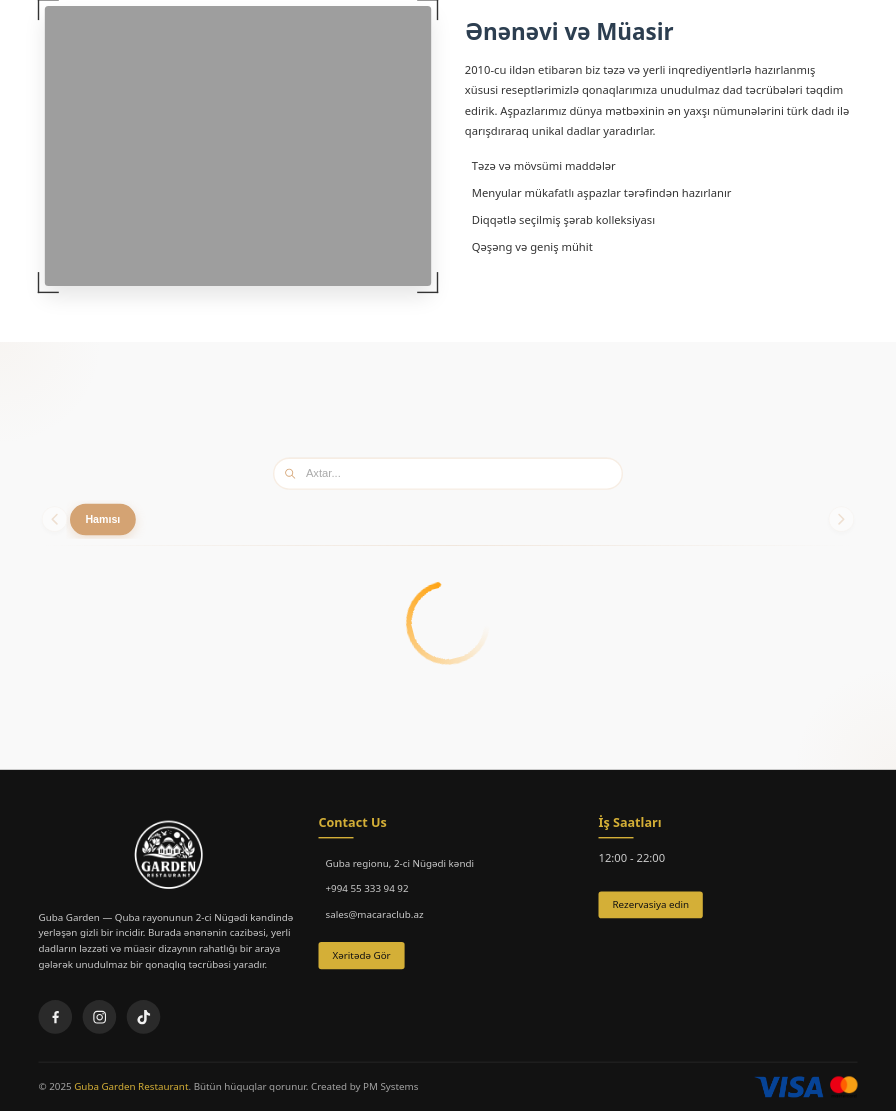
Repository: ferhadsultan98/menu-macara
Page: /
An editor plug-in stored every save of this project. The page is shown before and after a run of saves, followed by the edit.
The browser window is 1280 px wide. The pictures show the part of the page from y = 954 to 2874 px (the page is 2542 px tall before and 2874 px after), at 70% of full size.
Pictures or frames that could not be fetched are drawn as grey boxes. The page's requests for data from a server got no answer. The project was rebuilt for these pictures with package versions that can differ from the ones it lists, and the page was loaded fresh each time. No one was signed in, and anything a server would have sent is missing. Also part of the build but not shown: vite.config.js.

Above is the page before, as saved 2025-04-18 11:12:53.

### index.html
<!doctype html>
<html lang="en">
  <head>
    <meta charset="UTF-8" />
    <link rel="shortcut icon" href="/src/assets/logo.png" type="image/x-icon">
    <meta name="viewport" content="width=device-width, initial-scale=1.0" />
    <title>Guba Garden - Menu</title>
  </head>
  <body>
    <div id="root"></div>
    <script type="module" src="/src/main.jsx"></script>
  </body>
</html>

### src/App.jsx
import React from "react";
import { I18nextProvider } from "react-i18next";
import i18n from "./Languages/i18n";
import "./App.scss";
import MainLayout from "./Components/Common/MainLayout";
import Home from "./Pages/Home/Home";
import MenuSection from "./Pages/MenuSection/MenuSection";

function App() {

  return (
    <I18nextProvider i18n={i18n}>
      <div className="app-container">
        <MainLayout>
        <Home  />
          <MenuSection  />
        </MainLayout>
      </div>
    </I18nextProvider>
  );
}

export default App;

### src/App.scss
* {
  margin: 0;
  padding: 0;
  box-sizing: border-box;
}

body {
  font-family: system-ui, -apple-system, BlinkMacSystemFont, "Segoe UI", Roboto,
    Oxygen, Ubuntu, Cantarell, "Open Sans", "Helvetica Neue", sans-serif;
}

### src/Components/Common/MainLayout.jsx
import React from 'react';
import Header from './Header/Header';
import Footer from './Footer/Footer';

const MainLayout = ({ children }) => {
  return (
    <>
      <Header />
      {children}
      <Footer />
    </>
  );
};

export default MainLayout;

### src/Pages/MenuSection/MenuSection.scss
// Mixins
@mixin flexCenter {
  display: flex;
  justify-content: center;
  align-items: center;
}

@mixin flexBetween {
  display: flex;
  justify-content: space-between;
  align-items: center;
}

@mixin hoverLift {
  transition: all 0.3s cubic-bezier(0.25, 0.8, 0.25, 1);
  &:hover {
    transform: translateY(-8px);
    box-shadow: 0 15px 35px rgba(0, 0, 0, 0.1);
  }
}

// Media query mixins
@mixin mobile {
  @media (max-width: 576px) {
    @content;
  }
}

@mixin tablet {
  @media (max-width: 768px) {
    @content;
  }
}

@mixin laptop {
  @media (max-width: 992px) {
    @content;
  }
}

@mixin desktop {
  @media (max-width: 1200px) {
    @content;
  }
}

// Animations
@keyframes fadeIn {
  from {
    opacity: 0;
    transform: translateY(20px);
  }
  to {
    opacity: 1;
    transform: translateY(0);
  }
}

@keyframes pulse {
  0% {
    transform: scale(1);
  }
  50% {
    transform: scale(1.05);
  }
  100% {
    transform: scale(1);
  }
}

@keyframes slideDown {
  from {
    transform: translateY(-100%);
  }
  to {
    transform: translateY(0);
  }
}

@keyframes searchPulse {
  0% {
    box-shadow: 0 0 0 0 rgba(212, 163, 115, 0.4);
  }
  70% {
    box-shadow: 0 0 0 8px rgba(212, 163, 115, 0);
  }
  100% {
    box-shadow: 0 0 0 0 rgba(212, 163, 115, 0);
  }
}

// Reset and Base Styles
.menuSection {
  padding: 150px 0;
  background-color: #f9f9f9;
  position: relative;
  overflow: hidden;

  @include laptop {
    padding: 80px 0;
  }

  @include tablet {
    padding: 70px 0;
  }

  @include mobile {
    padding: 50px 0;
  }

  &::before,
  &::after {
    content: "";
    position: absolute;
    width: 300px;
    height: 300px;
    border-radius: 50%;
    background: radial-gradient(
      circle,
      rgba(212, 163, 115, 0.05) 0%,
      rgba(212, 163, 115, 0) 70%
    );
    z-index: 0;
  }

  &::before {
    top: -150px;
    left: -150px;
  }

  &::after {
    bottom: -150px;
    right: -150px;
  }

  .container {
    max-width: 1200px;
    margin: 0 auto;
    padding: 0 20px;
    position: relative;
    z-index: 1;

    @include mobile {
      padding: 0 15px;
    }
  }

  &.hasSearchResults {
    .menuGrid {
      animation: fadeIn 0.5s ease forwards;
    }
  }
}

// Sticky Navbar
.menuNavbarWrapper {
  width: 100%;
  z-index: 2;
  transition: all 0.3s ease;
  position: relative;
  margin-bottom: 50px;

  @include tablet {
    margin-bottom: 30px;
  }

  @include mobile {
    margin-bottom: 25px;
  }

  &.sticky {
    position: fixed;
    top: 100px;
    left: 0;
    right: 0;
    background-color: rgba(255, 255, 255, 0.98);
    z-index: 2;
    animation: slideDown 0.3s ease forwards;
    padding: 10px 0;

    .menuNavbarContent {
      padding: 10px 0;
    }

    .menuSearch {
      margin-bottom: 15px;

      .searchInputWrapper {
        max-width: 800px;

        @include mobile {
          max-width: 100%;
        }
      }

      .searchInput {
        padding: 10px 40px 10px 40px;
      }
    }
  }

  .menuNavbarContent {
    padding: 15px 0;
    display: flex;
    flex-direction: column;

    @include tablet {
      padding: 10px 0;
    }
  }
}

// Adjust menu content when navbar is sticky
.sticky + .menuContent {
  padding-top: 160px;

  @include tablet {
    padding-top: 130px;
  }

  @include mobile {
    padding-top: 110px;
  }
}

// Search component
.menuSearch {
  margin-bottom: 20px;

  @include mobile {
    margin-bottom: 15px;
  }

  .searchInputWrapper {
    position: relative;
    width: 100%;
    max-width: 500px;
    margin: 0 auto;
    transition: all 0.3s ease;

    @include mobile {
      max-width: 100%;
    }
  }

  .searchIcon {
    position: absolute;
    left: 15px;
    top: 50%;
    transform: translateY(-50%);
    font-size: 1.2rem;
    color: #d4a373;
    z-index: 2;

    @include mobile {
      font-size: 1rem;
      left: 12px;
    }
  }

  .searchInput {
    width: 100%;
    padding: 12px 40px 12px 45px;
    border-radius: 30px;
    border: 2px solid rgba(212, 163, 115, 0.2);
    font-size: 1rem;
    background-color: white;
    transition: all 0.3s ease;
    appearance: none;

    @include mobile {
      padding: 10px 35px 10px 38px;
      font-size: 0.95rem;
    }

    &:focus {
      outline: none;
      border-color: #d4a373;
      box-shadow: 0 0 0 3px rgba(212, 163, 115, 0.2);
    }

    &::placeholder {
      color: #aaa;
      transition: opacity 0.2s ease;
    }

    &:focus::placeholder {
      opacity: 0.7;
    }
  }

  .clearSearchButton {
    position: absolute;
    right: 15px;
    top: 50%;
    transform: translateY(-50%);
    background: none;
    border: none;
    font-size: 1.5rem;
    color: #aaa;
    cursor: pointer;
    padding: 0;
    width: 20px;
    height: 20px;
    display: flex;
    align-items: center;
    justify-content: center;
    transition: color 0.2s ease;
    z-index: 2;

    @include mobile {
      right: 12px;
      font-size: 1.3rem;
    }

    &:hover {
      color: #d4a373;
      transform: translateY(-50%) scale(1.1);
    }

    &:active {
      transform: translateY(-50%) scale(0.95);
    }
  }

  &.searchActive {
    .searchInput {
      animation: searchPulse 1.5s ease-out;
      border-color: rgba(212, 163, 115, 0.5);
    }
  }
}

// Menu Filter - Enhanced with Overflow Support
.menuFilter {
  position: relative;

  &::before {
    content: "";
    position: absolute;
    left: 0;
    right: 0;
    bottom: -15px;
    height: 1px;
    background: linear-gradient(
      to right,
      rgba(212, 163, 115, 0),
      rgba(212, 163, 115, 0.3),
      rgba(212, 163, 115, 0)
    );
  }

  .menuFilterContainer {
    position: relative;
    padding: 0 40px; // Space for scroll indicators

    @include tablet {
      padding: 0 30px;
    }

    @include mobile {
      padding: 0 25px;
    }

    // Scroll indicators/buttons
    .scrollButton {
      position: absolute;
      top: 50%;
      transform: translateY(-50%);
      width: 36px;
      height: 36px;
      border-radius: 50%;
      background: white;
      border: 1px solid rgba(212, 163, 115, 0.2);
      color: #d4a373;
      display: flex;
      justify-content: center;
      align-items: center;
      cursor: pointer;
      box-shadow: 0 3px 8px rgba(0, 0, 0, 0.08);
      z-index: 5;
      transition: all 0.3s cubic-bezier(0.25, 0.8, 0.25, 1);

      @include tablet {
        width: 30px;
        height: 30px;
      }

      @include mobile {
        width: 28px;
        height: 28px;
      }

      &:hover {
        background: rgba(212, 163, 115, 0.1);
      }

      &.scrollButtonPrev {
        left: 0;
      }

      &.scrollButtonNext {
        right: 0;
      }

      &.scrollButtonDisabled {
        opacity: 0.3;
        cursor: not-allowed;

        &:hover {
          background: white;
        }
      }

    }
  }

  .menuFilterList {
    display: flex;
    list-style: none;
    padding: 0;
    margin: 0;
    overflow-x: auto;
    -webkit-overflow-scrolling: touch; // Smooth scrolling on iOS
    scrollbar-width: none; // Firefox
    -ms-overflow-style: none; // IE/Edge
    scroll-behavior: smooth;

    // Hide scrollbar
    &::-webkit-scrollbar {
      display: none;
    }

    // Add padding to allow focus ring visibility
    padding: 5px;
    margin: -5px;
  }

  .menuFilterItem {
    flex: 0 0 auto;
    margin: 0 5px;

    &:first-child {
      margin-left: 0;
    }

    &:last-child {
      margin-right: 0;
    }
  }

  .menuFilterButton {
    background: transparent;
    border: 2px solid transparent;
    font-size: 0.95rem;
    font-weight: 500;
    color: #4a4a4a;
    padding: 12px 20px;
    cursor: pointer;
    transition: all 0.3s cubic-bezier(0.25, 0.8, 0.25, 1);
    text-transform: capitalize;
    border-radius: 30px;
    position: relative;
    overflow: hidden;
    white-space: nowrap;
    box-shadow: 0 3px 10px rgba(0, 0, 0, 0.05);

    @include tablet {
      padding: 10px 16px;
      font-size: 0.9rem;
    }

    @include mobile {
      padding: 8px 14px;
      font-size: 0.85rem;
    }

    // Icon styles
    .menuIcon {
      display: inline-block;
      margin-right: 8px;
      font-size: 0.9rem;

      @include mobile {
        margin-right: 6px;
        font-size: 0.8rem;
      }
    }

    &:hover {
      background-color: rgba(212, 163, 115, 0.1);
      color: #d4a373;
      border-color: rgba(212, 163, 115, 0.2);
    }

    &.menuFilterButtonActive {
      background-color: #d4a373;
      color: white !important;
      font-weight: 600;
      box-shadow: 0 5px 15px rgba(212, 163, 115, 0.3);
      border-color: #d4a373;
    }

    &:focus-visible {
      outline: 2px solid #d4a373;
      outline-offset: 2px;
    }
  }

  .menuFilterChipsDesign {
    .menuFilterButton {
      padding: 8px 16px;
      font-size: 0.85rem;

      @include mobile {
        padding: 6px 12px;
        font-size: 0.8rem;
      }

      .menuIcon {
        margin-right: 6px;
        font-size: 0.8rem;

        @include mobile {
          margin-right: 4px;
          font-size: 0.75rem;
        }
      }
    }
  }
}

// No Results Found
.noResultsFound {
  text-align: center;
  padding: 60px 20px;
  background-color: rgba(255, 255, 255, 0.7);
  border-radius: 12px;
  box-shadow: 0 5px 20px rgba(0, 0, 0, 0.05);

  @include tablet {
    padding: 50px 15px;
  }

  @include mobile {
    padding: 40px 15px;
  }

  h3 {
    color: #d4a373;
    font-size: 1.8rem;
    margin-bottom: 15px;

    @include tablet {
      font-size: 1.6rem;
      margin-bottom: 12px;
    }

    @include mobile {
      font-size: 1.4rem;
      margin-bottom: 10px;
    }
  }

  p {
    color: #777;
    font-size: 1.1rem;
    margin-bottom: 25px;

    @include tablet {
      font-size: 1rem;
      margin-bottom: 20px;
    }

    @include mobile {
      font-size: 0.95rem;
      margin-bottom: 18px;
    }
  }

  .resetFilterButton {
    background-color: #d4a373;
    color: white;
    border: none;
    padding: 12px 25px;
    border-radius: 30px;
    font-size: 1rem;
    font-weight: 500;
    cursor: pointer;
    transition: all 0.3s ease;

    @include mobile {
      padding: 10px 20px;
      font-size: 0.95rem;
    }

    &:hover {
      background-color: darken(#d4a373, 10%);
      transform: translateY(-3px);
      box-shadow: 0 5px 15px rgba(212, 163, 115, 0.3);
    }

    &:focus-visible {
      outline: 2px solid darken(#d4a373, 15%);
      outline-offset: 2px;
    }
  }
}

// Menu Grid - Enhanced
.menuGrid {
  display: grid;
  grid-template-columns: repeat(auto-fill, minmax(350px, 1fr));
  gap: 35px;
  margin-bottom: 50px;

  @include laptop {
    grid-template-columns: repeat(auto-fill, minmax(300px, 1fr));
    gap: 30px;
  }

  @include tablet {
    grid-template-columns: repeat(auto-fill, minmax(280px, 1fr));
    gap: 25px;
  }

  @include mobile {
    grid-template-columns: 1fr;
    gap: 20px;
    margin-bottom: 30px;
  }
}

// Menu Items - Enhanced
.menuItem {
  animation: fadeIn 0.8s ease forwards;

  .menuItemCard {
    background: #ffffff;
    border-radius: 12px;
    overflow: hidden;
    box-shadow: 0 10px 30px rgba(0, 0, 0, 0.08);
    @include hoverLift;
    height: 100%;
    display: flex;
    flex-direction: column;
    position: relative;
  }

  .menuItemImage {
    width: 100%;
    height: 220px;
    overflow: hidden;
    position: relative;

    @include tablet {
      height: 180px;
    }

    @include mobile {
      height: 160px;
    }

    &::after {
      content: "";
      position: absolute;
      bottom: 0;
      left: 0;
      right: 0;
      height: 40%;
      z-index: 1;
    }

    img {
      width: 100%;
      height: 100%;
      object-fit: contain;
      display: block;
      transition: transform 0.7s ease;
      transform: scale(1.1);
    }
  }

  .menuItemCategoryBadge {
    position: absolute;
    top: 15px;
    right: 15px;
    background-color: rgba(212, 163, 115, 0.9);
    color: white;
    font-size: 0.8rem;
    padding: 6px 12px;
    border-radius: 20px;
    font-weight: 600;
    letter-spacing: 1px;
    text-transform: uppercase;
    z-index: 2;
    box-shadow: 0 3px 8px rgba(0, 0, 0, 0.15);

    @include mobile {
      top: 10px;
      right: 10px;
      font-size: 0.7rem;
      padding: 5px 10px;
    }
  }

  .menuItemContent {
    padding: 25px;
    display: flex;
    flex-direction: column;
    flex-grow: 1;
    justify-content: space-between;

    @include tablet {
      padding: 20px;
    }

    @include mobile {
      padding: 18px;
    }
  }

  .menuItemTitle {
    font-size: 1.5rem;
    color: #2e2e2e;
    margin-bottom: 12px;
    font-weight: 600;
    position: relative;

    @include tablet {
      font-size: 1.3rem;
      margin-bottom: 10px;
    }

    @include mobile {
      font-size: 1.2rem;
      margin-bottom: 8px;
    }

    &::after {
      content: "";
      position: absolute;
      bottom: -6px;
      left: 0;
      width: 40px;
      height: 2px;
      background-color: #d4a373;
      border-radius: 2px;

      @include mobile {
        width: 30px;
        bottom: -4px;
      }
    }
  }

  .menuItemDescription {
    font-size: 0.95rem;
    color: #777777;
    margin-bottom: 20px;
    line-height: 1.7;
    flex-grow: 1;

    @include tablet {
      font-size: 0.9rem;
      margin-bottom: 18px;
    }

    @include mobile {
      font-size: 0.85rem;
      margin-bottom: 15px;
      line-height: 1.6;
    }
  }

  .menuItemFooter {
    @include flexBetween;
    margin-top: auto;
  }

  .menuItemPrice {
    font-size: 1.3rem;
    color: #d4a373;
    font-weight: 700;

    @include tablet {
      font-size: 1.2rem;
    }

    @include mobile {
      font-size: 1.1rem;
    }
  }

  .menuItemOrderBtn {
    width: 40px;
    height: 40px;
    border-radius: 50%;
    background-color: #d4a373;
    color: white;
    border: none;
    cursor: pointer;
    @include flexCenter;
    transition: all 0.3s cubic-bezier(0.25, 0.8, 0.25, 1);
    box-shadow: 0 4px 10px rgba(212, 163, 115, 0.3);

    @include mobile {
      width: 36px;
      height: 36px;
    }

    i {
      font-size: 1rem;

      @include mobile {
        font-size: 0.9rem;
      }
    }

    &:hover {
      background-color: darken(#d4a373, 10%);
      transform: translateY(-3px);
      box-shadow: 0 6px 15px rgba(212, 163, 115, 0.4);
    }
  }
}

// Load More Button
.menuLoadMore {
  text-align: center;
  margin: 40px 0;

  @include mobile {
    margin: 30px 0;
  }

  .loadMoreButton {
    background-color: transparent;
    border: 2px solid #d4a373;
    color: #d4a373;
    padding: 14px 35px;
    font-size: 1rem;
    font-weight: 600;
    border-radius: 30px;
    cursor: pointer;
    transition: all 0.3s cubic-bezier(0.25, 0.8, 0.25, 1);

    @include tablet {
      padding: 12px 30px;
    }

    @include mobile {
      padding: 10px 25px;
      font-size: 0.95rem;
    }

    &:hover {
      background-color: #d4a373;
      color: white;
      box-shadow: 0 5px 15px rgba(212, 163, 115, 0.3);
    }

    &:focus-visible {
      outline: 2px solid #d4a373;
      outline-offset: 2px;
    }
  }
}

// Menu Action Section
.menuAction {
  text-align: center;
  margin-top: 60px;
  position: relative;

  @include tablet {
    margin-top: 50px;
  }

  @include mobile {
    margin-top: 40px;
  }

  &::before {
    content: "";
    position: absolute;
    top: -30px;
    left: 50%;
    transform: translateX(-50%);
    width: 100px;
    height: 1px;
    background: linear-gradient(
      to right,
      rgba(212, 163, 115, 0),
      rgba(212, 163, 115, 0.5),
      rgba(212, 163, 115, 0)
    );

    @include mobile {
      width: 80px;
      top: -25px;
    }
  }

  .primaryButton {
    display: inline-flex;
    align-items: center;
    justify-content: center;
    gap: 10px;
    padding: 16px 35px;
    background-color: #d4a373;
    color: white;
    text-decoration: none;
    border-radius: 50px;
    font-size: 1.1rem;
    font-weight: 600;
    transition: all 0.3s cubic-bezier(0.25, 0.8, 0.25, 1);
    letter-spacing: 0.5px;
    box-shadow: 0 8px 20px rgba(212, 163, 115, 0.3);

    @include tablet {
      padding: 14px 30px;
      font-size: 1rem;
    }

    @include mobile {
      padding: 12px 25px;
      font-size: 0.95rem;
      gap: 8px;
    }

    i {
      font-size: 1.2rem;
      transition: transform 0.3s ease;

      @include mobile {
        font-size: 1.1rem;
      }
    }

    &:hover {
      background-color: darken(#d4a373, 10%);
      transform: translateY(-5px);
      box-shadow: 0 12px 25px rgba(212, 163, 115, 0.4);

      i {
        transform: translateX(3px);
      }
    }

    &:active {
      transform: translateY(-2px);
      box-shadow: 0 8px 15px rgba(212, 163, 115, 0.3);
    }

    &:focus-visible {
      outline: 2px solid darken(#d4a373, 15%);
      outline-offset: 2px;
    }
  }
}

// Small screens adjustments
@media (max-width: 400px) {

  .menuSection {
    padding: 40px 0;
  }

  .menuNavbarWrapper {
    margin-bottom: 20px;
    &.sticky{
      top: 70px;
    }
  }

  .menuSearch {
    .searchInput {
      padding: 8px 32px 8px 35px;
      font-size: 0.9rem;
    }

    .searchIcon {
      font-size: 0.9rem;
      left: 10px;
    }

    .clearSearchButton {
      right: 10px;
      font-size: 1.2rem;
    }
  }

  .menuFilter {
    .menuFilterContainer {
      padding: 0 22px;
    }

    .scrollButton {
      width: 24px;
      height: 24px;
      padding: 1px;
    }

    .menuFilterButton {
      padding: 6px 12px;
      font-size: 0.8rem;
    }
  }

  .menuItem {
    .menuItemImage {
      height: 140px;
    }

    .menuItemContent {
      padding: 15px;
    }

    .menuItemTitle {
      font-size: 1.1rem;
    }

    .menuItemDescription {
      font-size: 0.8rem;
      margin-bottom: 12px;
    }

    .menuItemPrice {
      font-size: 1rem;
    }
  }

  .menuLoadMore {
    .loadMoreButton {
      padding: 8px 20px;
      font-size: 0.9rem;
    }
  }
}

// Fix specific issues for devices between 576px and 767px
@media (min-width: 577px) and (max-width: 767px) {
  .menuGrid {
    grid-template-columns: repeat(2, 1fr);
    gap: 20px;
  }

}

// Better handling for safari mobile
@supports (-webkit-touch-callout: none) {
  .menuFilterList {
    -webkit-overflow-scrolling: touch;
  }

  .menuItemCard {
    -webkit-transform: translateZ(0);
  }
}

### src/Components/Loading/Loading.jsx
import React from "react";
import "./Loading.scss";

const Loading = () => {
  return <div className="restaurantLoader"></div>;
};

export default Loading;

### src/server/server.jsx
// src/server/server.js
import { initializeApp } from "firebase/app";
import { getDatabase, ref, onValue, set, push, remove, update } from "firebase/database";
import { getAnalytics } from "firebase/analytics";

// Firebase configuration
const firebaseConfig = {
  apiKey: "AIzaSyA3iCDoGXoamiNg5rUrGU5uqmnfMHKO9BI",
  authDomain: "gubagarden.firebaseapp.com",
  projectId: "gubagarden",
  storageBucket: "gubagarden.firebasestorage.app",
  messagingSenderId: "920416051355",
  appId: "1:920416051355:web:6acffca1bb687b0d4ca63e",
  measurementId: "G-L77LRCTPG3",
  databaseURL: "https://gubagarden-default-rtdb.firebaseio.com"
};


const app = initializeApp(firebaseConfig);
let analytics = null;


if (typeof window !== 'undefined') {
  try {
    analytics = getAnalytics(app);
  } catch (error) {
    console.error("Analytics failed to initialize:", error);
  }
}

const database = getDatabase(app);

export { database, analytics, ref, onValue, set, push, remove, update };

### src/Components/Loading/Loading.scss
.restaurantLoader {
  width: 120px;
  aspect-ratio: 1;
  border-radius: 50%;
  background: radial-gradient(farthest-side, #ffa516 94%, #0000) top/8px 8px
      no-repeat,
    conic-gradient(#0000 30%, #ffa516);
  -webkit-mask: radial-gradient(farthest-side, #0000 calc(100% - 8px), #000 0);
  animation: l13 1s infinite linear;
  display: flex;
  margin: 0 auto;
}
@keyframes l13 {
  100% {
    transform: rotate(1turn);
  }
}

Loaded but not shown: src/main.jsx (common file); src/Languages/AZ/AZ.json (35 lines, source omitted); src/Languages/EN/EN.json (35 lines, source omitted); src/Languages/RU/RU.json (36 lines, source omitted); src/Languages/i18n.js (38 lines, source omitted); src/Pages/Home/Home.scss (765 lines, source omitted); src/Pages/MenuSection/MenuSection.jsx (419 lines, source omitted); src/Components/Common/Header/Header.scss (467 lines, source omitted); src/Pages/Home/Home.jsx (192 lines, source omitted); src/Components/Common/Footer/Footer.scss (277 lines, source omitted); src/Components/Common/Footer/Footer.jsx (128 lines, source omitted); src/Components/Common/Header/Header.jsx (119 lines, source omitted); src/index.css (no stored copy; drawn as an empty file)

After the next 3 saves:
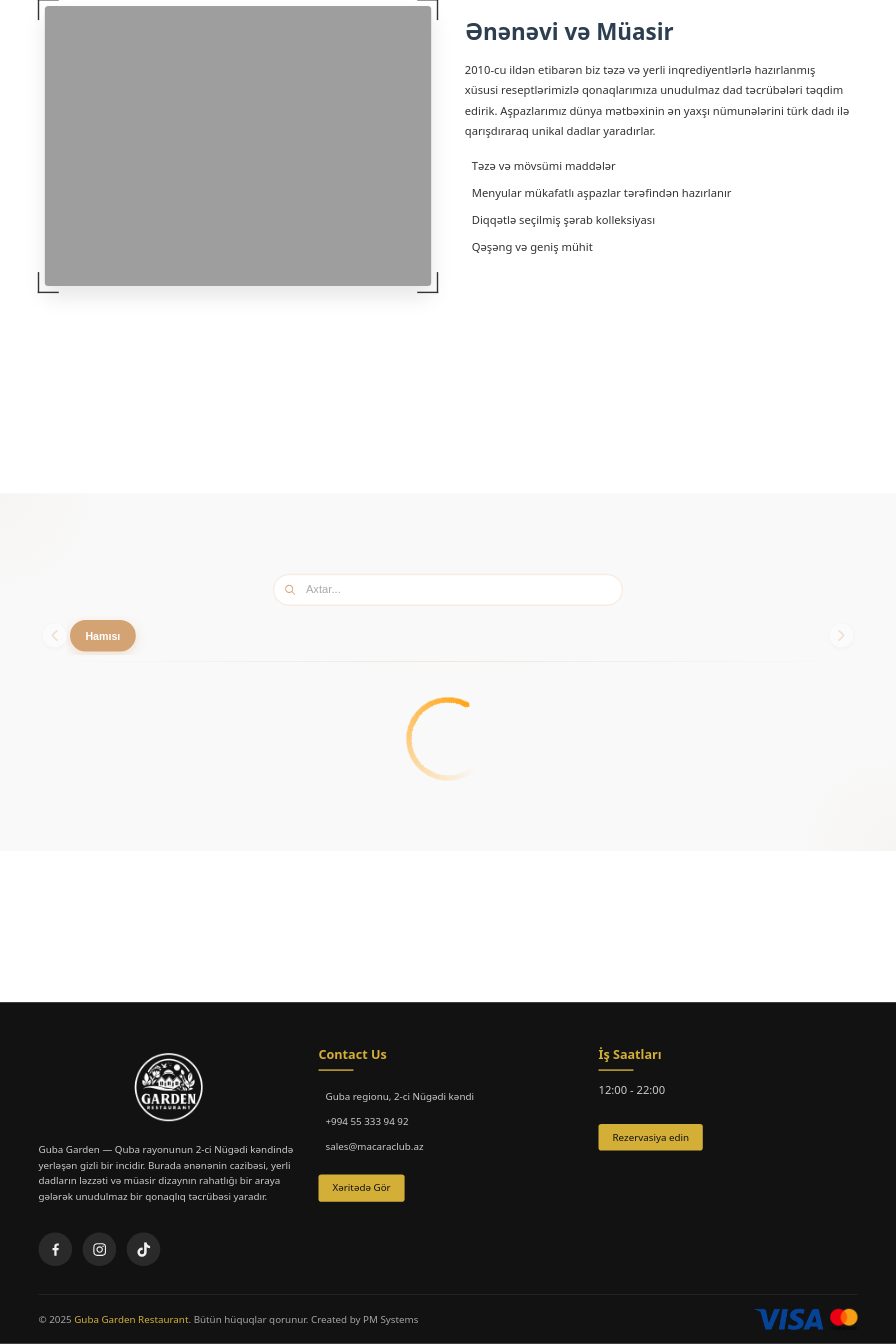
The 3 saves are shown as one change because they came seconds apart.
The last was saved 12 s later.
--- a/src/Pages/MenuSection/MenuSection.scss
+++ b/src/Pages/MenuSection/MenuSection.scss
@@ -91,10 +91,11 @@
 
 // Reset and Base Styles
 .menuSection {
-  padding: 150px 0;
+  padding: 100px 0;
   background-color: #f9f9f9;
   position: relative;
   overflow: hidden;
+  margin: 30vh 0;
 
   @include laptop {
     padding: 80px 0;
